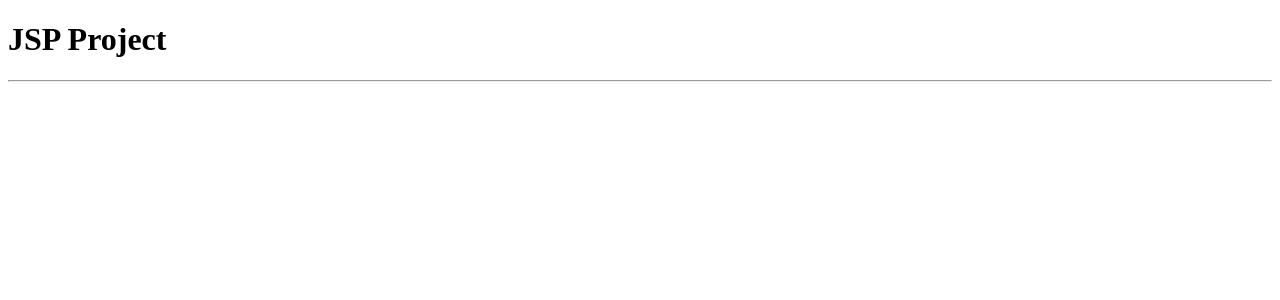
Repository: JWbase/Web_JAVA
Page: web-workspace/04_jspProject/src/main/webapp/index.html
An editor plug-in stored every save of this project. The page is shown before and after the next save, followed by the edit.
The browser window is 1280 px wide. The pictures show the whole page.

Above is the page before, as saved 2022-08-30 05:50:21.

After the next save:
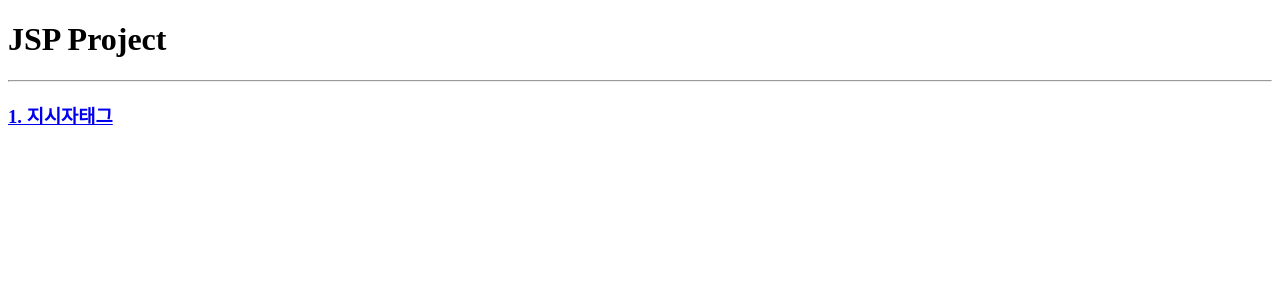
Saved 110 s later.
--- a/web-workspace/04_jspProject/src/main/webapp/index.html
+++ b/web-workspace/04_jspProject/src/main/webapp/index.html
@@ -7,5 +7,6 @@
 <body>
 	<h1>JSP Project</h1>
 	<hr>
+	<h3><a href="/jsp/directiveTag.jsp">1. 지시자태그</a></h3>
 </body>
 </html>
